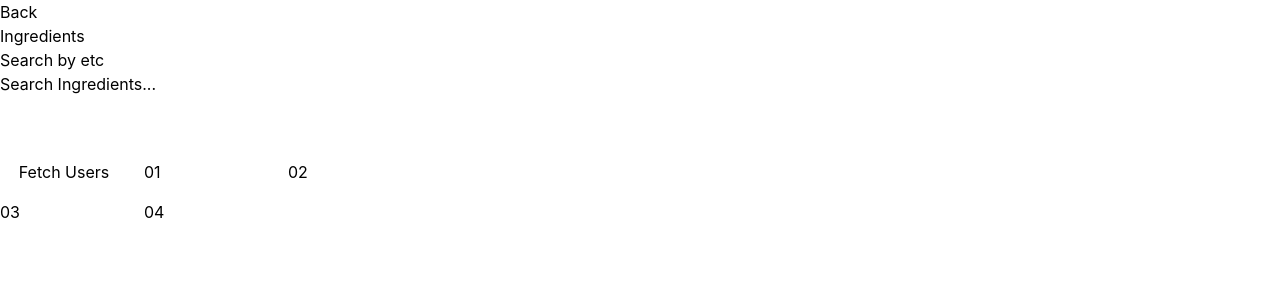
Repository: thais-chen/Meal
Page: /ingredients (app in meal-plan/)
These files come from the project's save history. The page is drawn as it stood at one moment and after a run of saves; the edit follows.
The browser window is 1280 px wide. The pictures show the whole page.
The project was rebuilt for these pictures with package versions that can differ from the ones it lists, and the page was loaded fresh each time. The framework's server and built-in components were replaced by stand-ins that run in the browser. Also part of the build but not shown: meal-plan/next.config.js.

Above is the page before, as saved 2022-08-09 17:03:29.

### meal-plan/pages/_app.js
import '../styles/globals.css'
/* import '../styles/globals.css'
import 'tailwindcss/tailwind.css'; */
function MyApp({ Component, pageProps }) {
  return <Component {...pageProps} />
}

export default MyApp

### meal-plan/pages/ingredients.js
import Heading from "../comps/Heading";
import Form from "../comps/Form";
import Grid from "../comps/Grid";
import Navbar from "../comps/Navbar";
export default function Ingredients(){

    return (
      <>
        <Navbar page="/" />
        <Heading heading="Ingredients" info="Search by etc" />

        <Form label="Search Ingredients..." />
        <div className="grid grid-cols-3 gap-4 place-content-center h-48 ...">
          <Grid />
        </div>
      </>
    );
}

### meal-plan/styles/globals.css
@import 'tailwindcss/base';
@import 'tailwindcss/components';

@import 'tailwindcss/utilities';

html,
body {
  padding: 0;
  margin: 0;
  font-family: -apple-system, BlinkMacSystemFont, Segoe UI, Roboto, Oxygen,
    Ubuntu, Cantarell, Fira Sans, Droid Sans, Helvetica Neue, sans-serif;
}

a {
  color: inherit;
  text-decoration: none;
}

* {
  box-sizing: border-box;
}

@media (prefers-color-scheme: dark) {
  html {
    color-scheme: dark;
  }
  body {
    color: white;
    background: black;
  }
}

### meal-plan/comps/Heading.js

const Heading = (props) => {
    return(
        <div>
            <h1> {props.heading}</h1>
            <p>{props.info}</p>
        </div>
    )
}
export default Heading;

### meal-plan/comps/Form.js
import { useState } from "react";

const Form = (props) => {
    const [form,setForm] = useState({
        value: ''
    });

  return (

      <label>
        {props.label}
        <input
          value={form.value}
          onChange={(e) => {
            setForm({
              ...form,
              value: e.target.value,
            });
          }}
        />
      </label>


  );
};
export default Form;

### meal-plan/comps/Grid.js
import  { useState } from "react";

const Grid = (props) => {
  const [users, setUsers] = useState([]);

  const fetchData = () => {
    fetch("https://jsonplaceholder.typicode.com/users")
      .then((response) => {
        return response.json();
      })
      .then((data) => {
        setUsers(data);
      });
  };
  return (
    <div className="grid grid-cols-3 gap-4 place-content-center h-48 ...">
      <button onClick={fetchData}>Fetch Users</button>

      <div>01</div>
      <div>02</div>
      <div>03</div>
      <div>04</div>
    </div>
  );
};
export default Grid;

### meal-plan/comps/Navbar.js
import Link from "next/link";

const Navbar = (props) => {
  return (
    <>
      <Link href={`${props.page}`}>
        <a> Back </a>
      </Link>
    </>
  );
};
export default Navbar;

### meal-plan/tailwind.config.js
/** @type {import('tailwindcss').Config} */
module.exports = {
  content: [
    "./pages/**/*.{js,ts,jsx,tsx}",
    "./comps/**/*.{js,ts,jsx,tsx}",
  ],
  theme: {
    extend: {},
  },
  plugins: [],
};

After the next 2 saves:
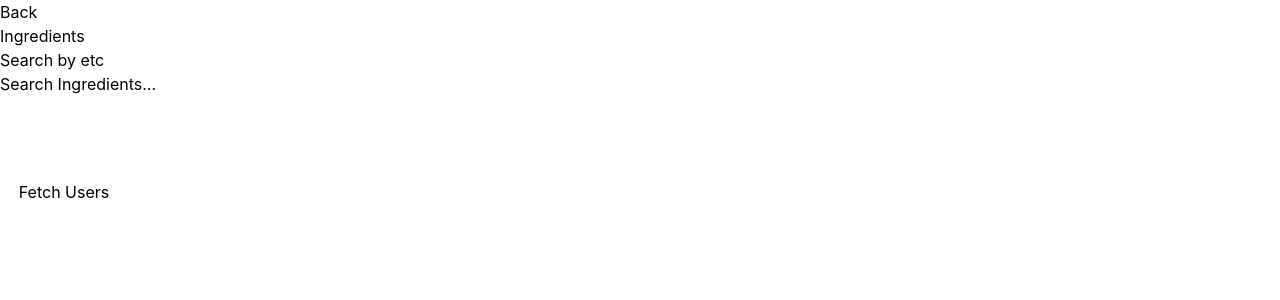
The 2 saves are shown as one change because they came seconds apart.
The last was saved 7 s later.
--- a/meal-plan/comps/Grid.js
+++ b/meal-plan/comps/Grid.js
@@ -15,11 +15,14 @@ const Grid = (props) => {
   return (
     <div className="grid grid-cols-3 gap-4 place-content-center h-48 ...">
       <button onClick={fetchData}>Fetch Users</button>
+      {users.length > 0 && (
+        <ul>
+          {users.map((user) => (
+            <li key={user.id}>{user.name}</li>
+          ))}
+        </ul>
+      )}
 
-      <div>01</div>
-      <div>02</div>
-      <div>03</div>
-      <div>04</div>
     </div>
   );
 };
